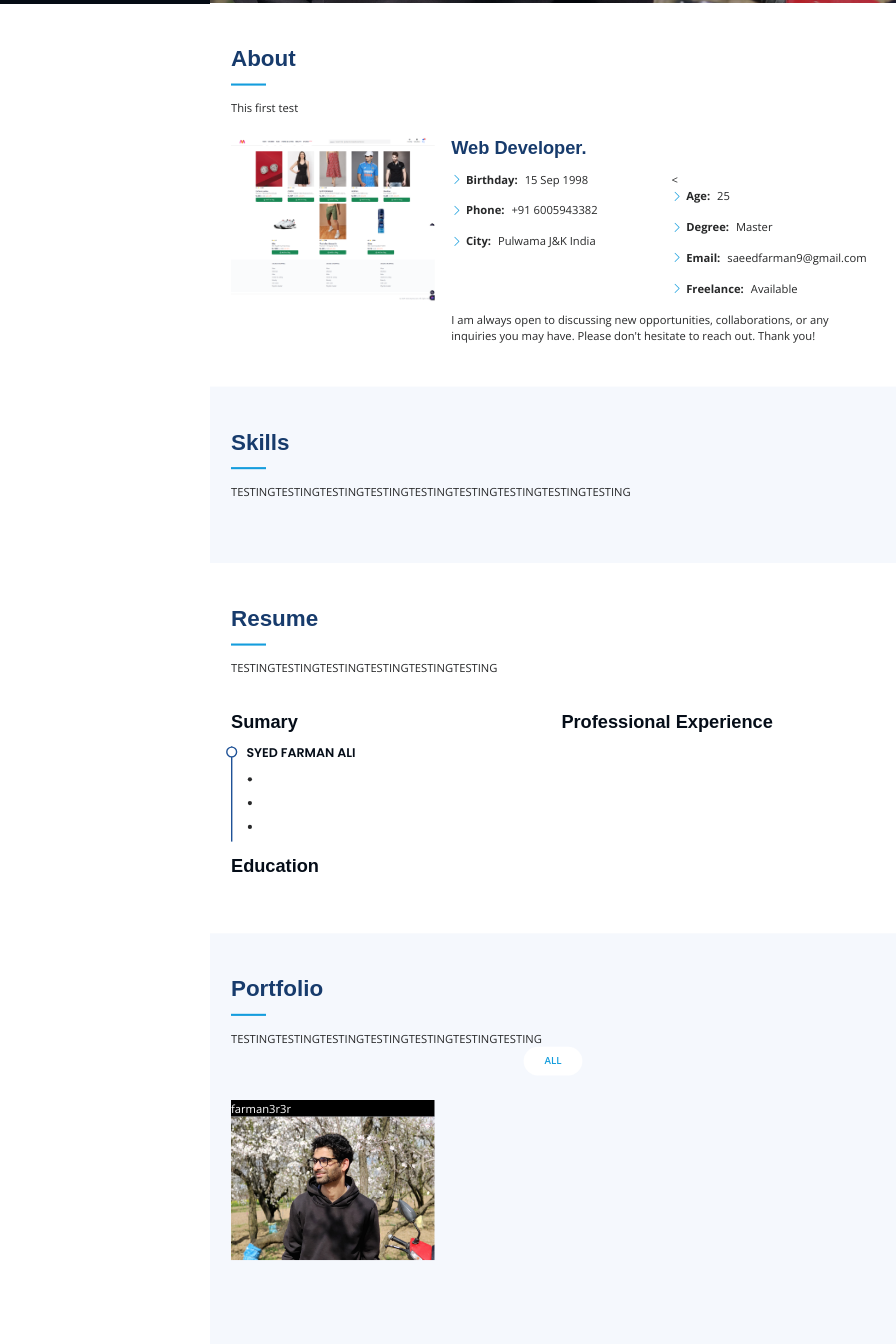
Repository: FARMAN9/portfoilo_django
Page: http://localhost/
An editor plug-in stored every save of this project. The page is shown before and after a run of saves, followed by the edit.
The browser window is 1280 px wide. The pictures show the part of the page from y = 715 to 2635 px (the page is 3819 px tall before and 3757 px after), at 70% of full size.
Backgrounds fixed to the window are drawn as part of the page. Some web fonts or font styles are not loaded; a fallback is used. The page is served by the project's application, run on Django 4.2 (manage.py). Other server files are loaded and not shown. The page reads the database file committed with the project. Queries for data that is not in the repository find no rows.

Above is the page before, as saved 2024-07-14 19:44:48.

### templates/index.html
{%load static%}
<!DOCTYPE html>
<html lang="en">

<head>
  <meta charset="utf-8">
  <meta content="width=device-width, initial-scale=1.0" name="viewport">

  <title>Syed Farman ali</title>
  <meta content="" name="description">
  <meta content="" name="keywords">

  <!-- Favicons -->
  <link href="{% static 'assets/img/favicon.ico'%}" rel="icon">
  <link href="{% static 'assets/img/apple-touch-icon.png' %}" rel="apple-touch-icon">

  <!-- Google Fonts -->
  <link href="https://fonts.googleapis.com/css?family=Open+Sans:300,300i,400,400i,600,600i,700,700i|Raleway:300,300i,400,400i,500,500i,600,600i,700,700i|Poppins:300,300i,400,400i,500,500i,600,600i,700,700i" rel="stylesheet">

  <!-- Vendor CSS Files -->
  <link href="{% static 'assets/vendor/aos/aos.css' %}" rel="stylesheet">
  <link href="{% static 'assets/vendor/bootstrap/css/bootstrap.min.css'%}" rel="stylesheet">
  <link href="{% static 'assets/vendor/bootstrap-icons/bootstrap-icons.css'%}" rel="stylesheet">
  <link href="{% static 'assets/vendor/boxicons/css/boxicons.min.css'%}" rel="stylesheet">
  <link href="{% static 'assets/vendor/glightbox/css/glightbox.min.css'%}" rel="stylesheet">
  <link href="{% static 'assets/vendor/swiper/swiper-bundle.min.css'%}" rel="stylesheet">

  <!-- Template Main CSS File -->
  <link href="{% static 'assets/css/style.css' %}" rel="stylesheet">

  <!-- =======================================================
  * Template Name: iPortfolio
  * Template URL: https://bootstrapmade.com/iportfolio-bootstrap-portfolio-websites-template/
  * Updated: Mar 17 2024 with Bootstrap v5.3.3
  * Author: BootstrapMade.com
  * License: https://bootstrapmade.com/license/
  ======================================================== -->
</head>

<body>

  <!-- ======= Mobile nav toggle button ======= -->
  <i class="bi bi-list mobile-nav-toggle d-xl-none"></i>

  <!-- ======= Header ======= -->
  <header id="header">
    <div class="d-flex flex-column">

      <div class="profile">
        <img src="{{main.0.profile.url}}" alt="NO IMAGE" class="img-fluid rounded-circle">
        <h1 class="text-light"><a href="/">{{Name}}</a></h1>
        <div class="social-links mt-3 text-center">
          <a href="https://github.com/FARMAN9" class=""><i class="bx bxl-github"></i></a>
          <a href="https://www.instagram.com/syeedfarmanali" class=""><i class="bx bxl-instagram"></i></a>
          <a href="https://www.linkedin.com/in/farman9" class="linkedin"><i class="bx bxl-linkedin"></i></a>
        </div>
      </div>

      <nav id="navbar" class="nav-menu navbar">
        <ul>
          <li><a href="#hero" class="nav-link scrollto active"><i class="bx bx-home"></i> <span>Home</span></a></li>
          <li><a href="#about" class="nav-link scrollto"><i class="bx bx-user"></i> <span>About</span></a></li>
          <li><a href="#resume" class="nav-link scrollto"><i class="bx bx-file-blank"></i> <span>Resume</span></a></li>
          <li><a href="#portfolio" class="nav-link scrollto"><i class="bx bx-book-content"></i> <span>Portfolio</span></a></li>
          <li><a href="#testimonials" class="nav-link scrollto"><i class="bx bx-book"></i> <span>Certificates</span></a></li>
          <li><a href="#contact" class="nav-link scrollto"><i class="bx bx-envelope"></i> <span>Contact</span></a></li>
        </ul>
      </nav><!-- .nav-menu -->
    </div>
  </header><!-- End Header -->

  <!-- ======= Hero Section ======= -->
  <section id="hero" class="d-flex flex-column justify-content-center align-items-center" style="background-image: url('{{main.0.background.url}}');background-size: cover; background-position: center;">
    <div class="hero-container" data-aos="fade-in">
      <h1>{{Name}}</h1>
      <p>I'm <span class="typed" data-typed-items="{{main.0.iam1}},{{main.0.iam2}},{{main.0.iam3}}"></span></p>
    </div>
  </section><!-- End Hero -->

  <main id="main">

    <!-- ======= About Section ======= -->
    <section id="about" class="about">
      <div class="container">

        <div class="section-title">
          <h2>About</h2>
          <p>{{main.0.about}}</p>
        </div>

        <div class="row">
          <div class="col-lg-4" data-aos="fade-right">
            <img src="{{main.0.profile.url}}" class="img-fluid" alt=" NO IMAGE">
          </div>
          <div class="col-lg-8 pt-4 pt-lg-0 content" data-aos="fade-left">
            <h3> Web Developer.</h3>
            <p class="fst-italic">

            </p>
            <div class="row">
              <div class="col-lg-6">
                <ul>
                  <li><i class="bi bi-chevron-right"></i> <strong>Birthday:</strong> <span>15 Sep 1998</span></li>
                  <!--<li><i class="bi bi-chevron-right"></i> <strong>linkedin:</strong> <span>{{link}}</span></li>-->
                  <li><i class="bi bi-chevron-right"></i> <strong>Phone:</strong> <span>{{Phone}}</span></li>
                  <li><i class="bi bi-chevron-right"></i> <strong>City:</strong> <span>{{address}}</span></li>
                </ul>
              </div>
              <div class="col-lg-6">
                <ul>
                  <<li><i class="bi bi-chevron-right"></i> <strong>Age:</strong> <span>{{age}}</span></li>
                  <li><i class="bi bi-chevron-right"></i> <strong>Degree:</strong> <span>Master</span></li>
                  <li><i class="bi bi-chevron-right"></i> <strong>Email:</strong> <span>{{Email}}</span></li>
                  <li><i class="bi bi-chevron-right"></i> <strong>Freelance:</strong> <span>Available</span></li>
                </ul>
              </div>
            </div>
            <p>
              I am always open to discussing new opportunities, collaborations, or any inquiries you may have. Please don't hesitate to reach out. Thank you!
          </div>
        </div>

      </div>
    </section><!-- End About Section -->

    <!-- ======= Facts Section =======
    <section id="facts" class="facts">
      <div class="container">

        <div class="section-title">
          <h2>Facts</h2>
          <p>Magnam dolores commodi suscipit. Necessitatibus eius consequatur ex aliquid fuga eum quidem. Sit sint consectetur velit. Quisquam quos quisquam cupiditate. Et nemo qui impedit suscipit alias ea. Quia fugiat sit in iste officiis commodi quidem hic quas.</p>
        </div>

        <div class="row no-gutters">

          <div class="col-lg-3 col-md-6 d-md-flex align-items-md-stretch" data-aos="fade-up">
            <div class="count-box">
              <i class="bi bi-emoji-smile"></i>
              <span data-purecounter-start="0" data-purecounter-end="232" data-purecounter-duration="1" class="purecounter"></span>
              <p><strong>Happy Clients</strong> consequuntur quae</p>
            </div>
          </div>

          <div class="col-lg-3 col-md-6 d-md-flex align-items-md-stretch" data-aos="fade-up" data-aos-delay="100">
            <div class="count-box">
              <i class="bi bi-journal-richtext"></i>
              <span data-purecounter-start="0" data-purecounter-end="521" data-purecounter-duration="1" class="purecounter"></span>
              <p><strong>Projects</strong> adipisci atque cum quia aut</p>
            </div>
          </div>

          <div class="col-lg-3 col-md-6 d-md-flex align-items-md-stretch" data-aos="fade-up" data-aos-delay="200">
            <div class="count-box">
              <i class="bi bi-headset"></i>
              <span data-purecounter-start="0" data-purecounter-end="1453" data-purecounter-duration="1" class="purecounter"></span>
              <p><strong>Hours Of Support</strong> aut commodi quaerat</p>
            </div>
          </div>

          <div class="col-lg-3 col-md-6 d-md-flex align-items-md-stretch" data-aos="fade-up" data-aos-delay="300">
            <div class="count-box">
              <i class="bi bi-people"></i>
              <span data-purecounter-start="0" data-purecounter-end="32" data-purecounter-duration="1" class="purecounter"></span>
              <p><strong>Hard Workers</strong> rerum asperiores dolor</p>
            </div>
          </div>

        </div>

      </div>
    </section> End Facts Section -->

    <!-- ======= Skills Section ======= -->
    <section id="skills" class="skills section-bg">
      <div class="container">

        <div class="section-title">
          <h2>Skills</h2>
          <p> {{main.0.Skills}} </p>
        </div>

        <div class="row skills-content">

          <div class="col-lg-6" data-aos="fade-up">
            {% for skill in skill_list %}
            <div class="progress">
              <span class="skill">{{skill.name}} <i class="val">{{skill.val}}</i></span>
              <div class="progress-bar-wrap">
                <div class="progress-bar" role="progressbar" aria-valuenow="{{skill.val}}" aria-valuemin="0" aria-valuemax="100"></div>
              </div>
            </div>
            {%endfor%}
            <div class="col-lg-6" data-aos="fade-up" data-aos-delay="100">

          </div>







          </div>

        </div>

      </div>
    </section><!-- End Skills Section -->

    <!-- ======= Resume Section ======= -->
    <section id="resume" class="resume">
      <div class="container">

        <div class="section-title">
          <h2>Resume</h2>
          <p> {{main.0.resume}} </p>
        </div>

        <div class="row">
          <div class="col-lg-6" data-aos="fade-up">
            <h3 class="resume-title">Sumary</h3>
            <div class="resume-item pb-0">
              <h4>{{Name}}</h4>

              <p><em>{{sumary.0.summery}}</em></p>
              <ul>
                <li>{{sumary.0.address}}</li>
                <li>{{sumary.0.phone}}</li>
                <li>{{sumary.0.email}}</li>
              </ul>
            </div>

            <h3 class="resume-title">Education</h3>
            {%for data in eductions %}
            <div class="resume-item">
              <h4>{{data.name}}</h4>
              <h5>{{data.frm}}-{{data.to}}</h5>
              <p><em>{{data.address}}</em></p>
              <p>{{data.about}}</p>
            </div>
            {%endfor%}
          </div>
          <div class="col-lg-6" data-aos="fade-up" data-aos-delay="100">
            <h3 class="resume-title">Professional Experience</h3>
            {%for data in Professionals %}
            <div class="resume-item">
              <h4>{{data.name}}</h4>
              <h5>{{data.frm}}-{{data.to}}</h5>
              <p><em>{{data.address}}</em></p>
              <ul>
                <li>{{data.p1}}</li>
                <li>{{data.p2}}</li>
                <li>{{data.p3}}</li>
                <li>{{data.p4}}</li>

              </ul>
            </div>
            {%endfor%}

          </div>
        </div>

      </div>
    </section><!-- End Resume Section -->

    <!-- ======= Portfolio Section ======= -->
    <section id="portfolio" class="portfolio section-bg">
      <div class="container">

        <div class="section-title">
          <h2>Portfolio</h2>
          <p> {{main.0.portfilo}}</p>

        <div class="row" data-aos="fade-up">
          <div class="col-lg-12 d-flex justify-content-center">
            <ul id="portfolio-flters">
              <li data-filter="*" class="filter-active">All</li>
              <!--<li data-filter=".filter-app">App</li>
              <li data-filter=".filter-card">Card</li>
              <li data-filter=".filter-web">Web</li>-->
            </ul>
          </div>
        </div>

        <div class="row portfolio-container" data-aos="fade-up" data-aos-delay="100">


          {% for portfolio in portfolio_list %}

          <div class="col-lg-4 col-md-6 portfolio-item filter-web">
            <div class="portfolio-wrap">
              <div class="portfolio-name-overlay bg-black text-white">{{ portfolio.name }}</div>
              <img src="{{ portfolio.image1.url }}" class="img-fluid"  title={{portfolio.name}}  alt="NO IMAGE">

              <div class="portfolio-links">
                <a href="{{ portfolio.image1.url}}"  data-gallery="portfolioGallery" class="portfolio-lightbox" title={{portfolio.name}}><i class="bx bx-plus"></i></a>
                <a href="{%url 'project' id=portfolio.id %}" title="More Details"><i class="bx bx-link"></i></a>
              </div>
            </div>
          </div>
       {%endfor%}
        </div>

      </div>
    </section><!-- End Portfolio Section -->

    <!-- ======= Services Section
    <section id="services" class="services">
      <div class="container">

        <div class="section-title">
          <h2>Services</h2>
          <p>Magnam dolores commodi suscipit. Necessitatibus eius consequatur ex aliquid fuga eum quidem. Sit sint consectetur velit. Quisquam quos quisquam cupiditate. Et nemo qui impedit suscipit alias ea. Quia fugiat sit in iste officiis commodi quidem hic quas.</p>
        </div>

        <div class="row">
          <div class="col-lg-4 col-md-6 icon-box" data-aos="fade-up">
            <div class="icon"><i class="bi bi-briefcase"></i></div>
            <h4 class="title"><a href="">Lorem Ipsum</a></h4>
            <p class="description">Voluptatum deleniti atque corrupti quos dolores et quas molestias excepturi sint occaecati cupiditate non provident</p>
          </div>
          <div class="col-lg-4 col-md-6 icon-box" data-aos="fade-up" data-aos-delay="100">
            <div class="icon"><i class="bi bi-card-checklist"></i></div>
            <h4 class="title"><a href="">Dolor Sitema</a></h4>
            <p class="description">Minim veniam, quis nostrud exercitation ullamco laboris nisi ut aliquip ex ea commodo consequat tarad limino ata</p>
          </div>
          <div class="col-lg-4 col-md-6 icon-box" data-aos="fade-up" data-aos-delay="200">
            <div class="icon"><i class="bi bi-bar-chart"></i></div>
            <h4 class="title"><a href="">Sed ut perspiciatis</a></h4>
            <p class="description">Duis aute irure dolor in reprehenderit in voluptate velit esse cillum dolore eu fugiat nulla pariatur</p>
          </div>
          <div class="col-lg-4 col-md-6 icon-box" data-aos="fade-up" data-aos-delay="300">
            <div class="icon"><i class="bi bi-binoculars"></i></div>
            <h4 class="title"><a href="">Magni Dolores</a></h4>
            <p class="description">Excepteur sint occaecat cupidatat non proident, sunt in culpa qui officia deserunt mollit anim id est laborum</p>
          </div>
          <div class="col-lg-4 col-md-6 icon-box" data-aos="fade-up" data-aos-delay="400">
            <div class="icon"><i class="bi bi-brightness-high"></i></div>
            <h4 class="title"><a href="">Nemo Enim</a></h4>
            <p class="description">At vero eos et accusamus et iusto odio dignissimos ducimus qui blanditiis praesentium voluptatum deleniti atque</p>
          </div>
          <div class="col-lg-4 col-md-6 icon-box" data-aos="fade-up" data-aos-delay="500">
            <div class="icon"><i class="bi bi-calendar4-week"></i></div>
            <h4 class="title"><a href="">Eiusmod Tempor</a></h4>
            <p class="description">Et harum quidem rerum facilis est et expedita distinctio. Nam libero tempore, cum soluta nobis est eligendi</p>
          </div>
        </div>

      </div>
    </section> End Services Section -->

    <!-- ======= Testimonials Section ======= -->
    <section id="testimonials" class="testimonials section-bg">
      <div class="container">

        <div class="section-title">
          <h2>Certificates</h2>
          <p>{{main.0.certificates}}</p>
        </div>

        <div class="testimonials-slider swiper" data-aos="fade-up" data-aos-delay="100">
          <div class="swiper-wrapper">







            {% for cert in certificates_list %}
            <div class="swiper-slide">
              <div class="testimonial-item" data-aos="fade-up" data-aos-delay="400">
                <p>
                  <i class="bx bxs-quote-alt-left quote-icon-left"></i>
                  <img src=" {{ cert.image1.url}}" class="img-fluid"  title={{cert.name}}  data-gallery="portfolioGallery"  alt="NO IMAGE">
                  <a href="{{ cert.image1.url}}" class="portfolio-lightbox" title={{cert.name}}><i class="bx bx-plus"></i></a>
                  <i class="bx bxs-quote-alt-right quote-icon-right"></i>
                </p>
                <h3>{{cert.name}} </h3>
                <h4> <a href="{{cert.link}}"><i class="bx bx-plus"></i>More information</a></h4>

              </div>
            </div>
            {%endfor%}










      </div>
    </section>

    <!-- ======= Contact Section ======= -->
    <section id="contact" class="contact">
      <div class="container">

        <div class="section-title">
          <h2>Contact</h2>
          <p>{{main.0.cantact}}</p>
        </div>

        <div class="row" data-aos="fade-in">

          <div class="col-lg-5 d-flex align-items-stretch">
            <div class="info">
              <div class="address">
                <i class="bi bi-geo-alt"></i>
                <h4>Location:</h4>
                <p>{{address}}</p>
              </div>

              <div class="email">
                <i class="bi bi-envelope"></i>
                <h4>Email:</h4>
                <p>{{Email}}</p>
              </div>

              <div class="phone">
                <i class="bi bi-phone"></i>
                <h4>Call:</h4>
                <p>{{Phone}}</p>
              </div>

              <iframe src="https://www.google.com/maps/d/embed?mid=1sW_b4WEj47sxG9OKrfDcnuMBdBUipMA&ehbc=2E312F&noprof=1" frameborder="0" style="border:0; width: 100%; height: 290px;" allowfullscreen></iframe>
            </div>

          </div>

          <div class="col-lg-7 mt-5 mt-lg-0 d-flex align-items-stretch">
            <form action="#"  method="post" role="form" class="php-email-form">
              <div class="row">
                 {% csrf_token %}
                <div class="form-group col-md-6">
                  <label for="name">Your Name</label>
                  <input type="text" name="name" class="form-control" id="name" required>
                </div>
                <div class="form-group col-md-6">
                  <label for="name">Your Email</label>
                  <input type="email" class="form-control" name="email" id="email" required>
                </div>
              </div>
              <div class="form-group">
                <label for="name">Subject</label>
                <input type="text" class="form-control" name="subject" id="subject" required>
              </div>
              <div class="form-group">
                <label for="name">Message</label>

                <textarea class="form-control" name="message" rows="10" required></textarea>

              </div>
              <div class="my-3">
                <div class="loading">Loading</div>
                <div class="error-message"></div>
                <div class="sent-message">Your message has been sent. Thank you!</div>
              </div>

              <div class="text-center"><button type="submit">Send Message</button></div>

              {% if messages %}

              {%endif%}

            </form>


          </div>

        </div>

      </div>
    </section><!-- End Contact Section -->

  </main><!-- End #main -->

  <!-- ======= Footer ======= -->
  <footer id="footer">
    <div class="container">
      <div class="copyright">
        &copy; Copyright <strong><span>Syed Farman Ali</span></strong>
      </div>
      <div class="credits">
        <!-- All the links in the footer should remain intact. -->
        <!-- You can delete the links only if you purchased the pro version. -->
        <!-- Licensing information: https://bootstrapmade.com/license/ -->
        <!-- Purchase the pro version with working PHP/AJAX contact form: https://bootstrapmade.com/iportfolio-bootstrap-portfolio-websites-template/ -->
        Designed by <a href="#">Syed Farman Ali</a>
      </div>
    </div>
  </footer><!-- End  Footer -->

  <a href="#" class="back-to-top d-flex align-items-center justify-content-center"><i class="bi bi-arrow-up-short"></i></a>

  <!-- Vendor JS Files -->


  <script src="{% static 'assets/vendor/purecounter/purecounter_vanilla.js' %}"></script>
  <script src="{% static 'assets/vendor/aos/aos.js' %}"></script>
  <script src="{% static 'assets/vendor/bootstrap/js/bootstrap.bundle.min.js' %}"></script>
  <script src="{% static 'assets/vendor/glightbox/js/glightbox.min.js' %}"></script>
  <script src="{% static 'assets/vendor/isotope-layout/isotope.pkgd.min.js' %}"></script>
  <script src="{% static 'assets/vendor/swiper/swiper-bundle.min.js' %}"></script>
  <script src="{% static 'assets/vendor/typed.js/typed.umd.js' %}"></script>
  <script src="{% static 'assets/vendor/waypoints/noframework.waypoints.js'%}"></script>
  <script src="{% static 'assets/vendor/php-email-form/validate.js' %}"></script>
  <script>
    const toastTriggers = document.querySelectorAll('.toast')
    toastTriggers.forEach(trigger => {
        const toastInstance = new bootstrap.Toast(trigger)
        toastInstance.show()
    })
</script>

  <!-- Template Main JS File -->
  <script src="{% static 'assets/js/main.js' %}"></script>




</body>

</html>

### db.sqlite3 (the tables this page reads, as SQL)
CREATE TABLE "main_mainx" ("id" integer NOT NULL PRIMARY KEY AUTOINCREMENT, "about" varchar(40000) NULL, "cantact" varchar(40000) NULL, "portfilo" varchar(40000) NULL, "Skills" varchar(40000) NULL, "certificates" varchar(40000) NULL, "profile" varchar(100) NOT NULL, "background" varchar(100) NOT NULL, "iam1" varchar(100) NULL, "iam2" varchar(100) NULL, "iam3" varchar(100) NULL, "iam4" varchar(100) NULL, "resume" varchar(40000) NULL);
INSERT INTO "main_mainx" VALUES
(1, 'This first test', 'TESTINGTESTINGTESTINGTESTING', 'TESTINGTESTINGTESTINGTESTINGTESTINGTESTINGTESTING', 'TESTINGTESTINGTESTINGTESTINGTESTINGTESTINGTESTINGTESTINGTESTING', 'TESTINGTESTINGTESTINGTESTINGTESTINGTESTINGTESTINGTESTINGTESTINGTESTINGTESTINGTESTING', 'images/image1.png', 'images/hero-bg.jpg', 'Developer', 'Developer', 'Developer', 'Developer', 'TESTINGTESTINGTESTINGTESTINGTESTINGTESTING');

CREATE TABLE "main_projects" ("id" integer NOT NULL PRIMARY KEY AUTOINCREMENT, "name" varchar(50) NOT NULL, "project_url" varchar(200) NULL, "client" varchar(50) NULL, "date" datetime NOT NULL, "image1" varchar(100) NOT NULL, "image2" varchar(100) NULL, "image3" varchar(100) NULL, "description" text NULL);
INSERT INTO "main_projects" VALUES
(1, 'farman3r3r', 'http://www.google.com', 'KU', '2024-07-14 13:15:31.582399', 'images/hero-bg_hkEx95t.jpg', 'images/favicon.ico', 'images/apple-touch-icon.png', 'farmanjfhe');

Loaded but not shown: static/assets/js/main.js (353 lines, source omitted); static/assets/css/style.css (1134 lines, source omitted); main/views.py (112 lines, source omitted); main/models.py (86 lines, source omitted); portfilo/urls.py (31 lines, source omitted); main/urls.py (16 lines, source omitted); main/forms.py (8 lines, source omitted)

After the next 3 saves:
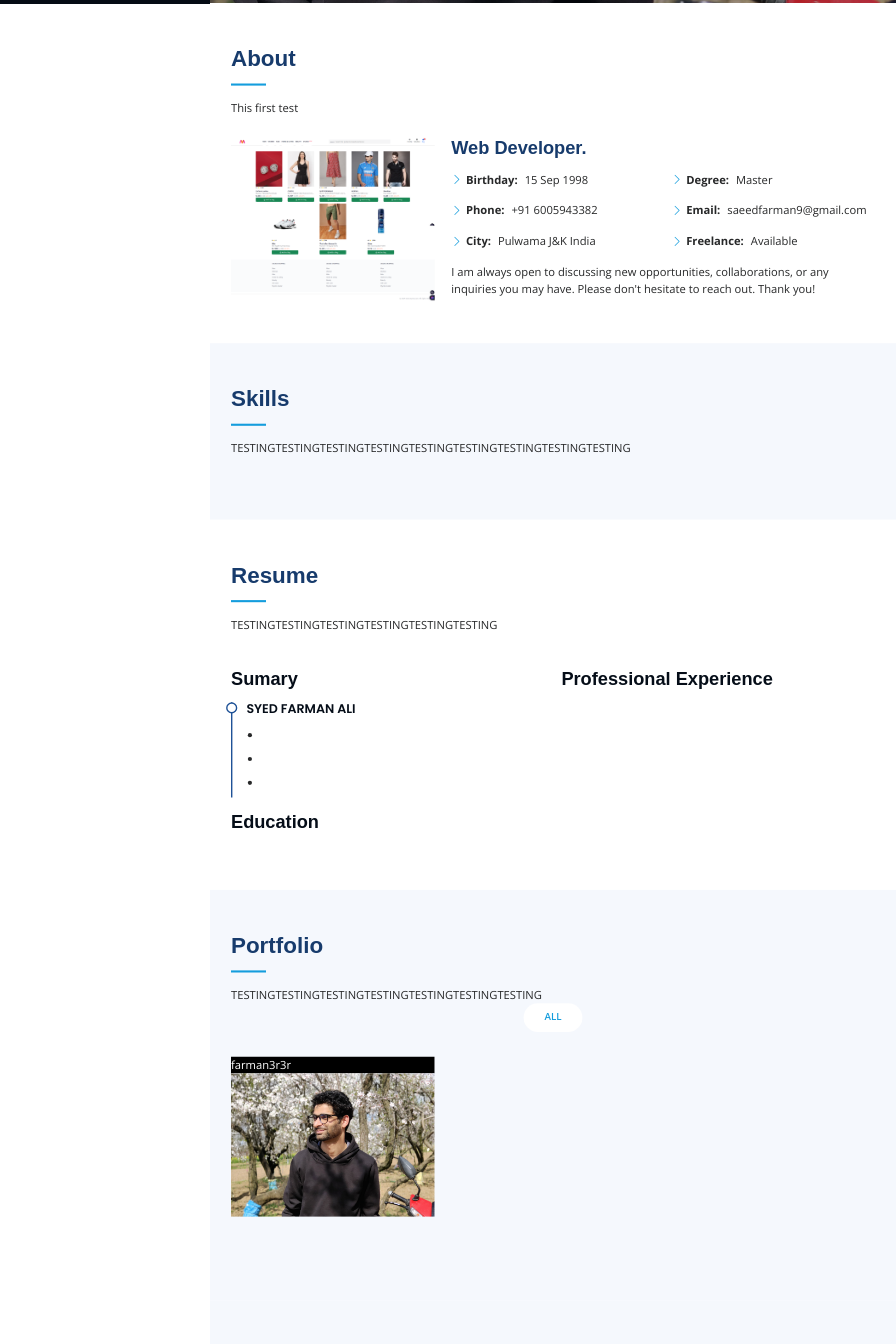
The 3 saves are shown as one change because they came seconds apart.
The last was saved 8 s later.
--- a/templates/index.html
+++ b/templates/index.html
@@ -108,7 +108,7 @@
               </div>
               <div class="col-lg-6">
                 <ul>
-                  <<li><i class="bi bi-chevron-right"></i> <strong>Age:</strong> <span>{{age}}</span></li>
+                  <!--<li><i class="bi bi-chevron-right"></i> <strong>Age:</strong> <span>{{age}}</span></li>-->
                   <li><i class="bi bi-chevron-right"></i> <strong>Degree:</strong> <span>Master</span></li>
                   <li><i class="bi bi-chevron-right"></i> <strong>Email:</strong> <span>{{Email}}</span></li>
                   <li><i class="bi bi-chevron-right"></i> <strong>Freelance:</strong> <span>Available</span></li>
